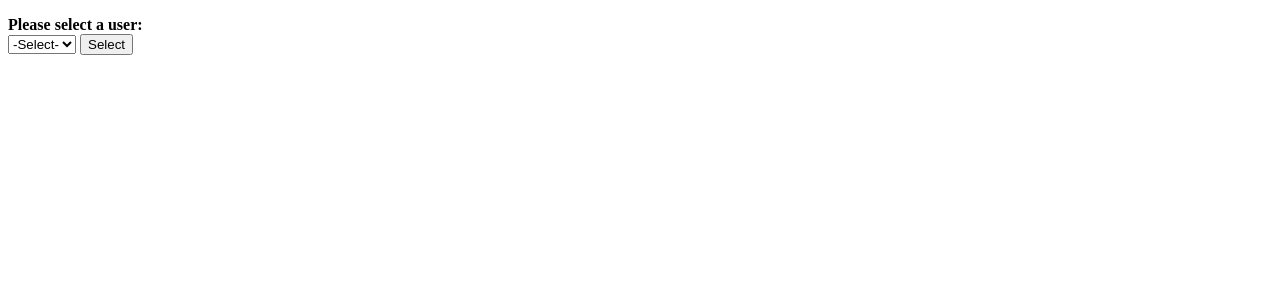
Repository: xeg28/CS-3220-Assignments
Page: http://localhost/Final/SelectUser
The author's editor kept a copy of each file at every save. The page is drawn from the files as they stood at one save, then again after the next save.
The browser window is 1280 px wide. The pictures show the whole page.
The page is served by Tomcat 9. Other server files are loaded and not shown. Queries for data that is not in the repository find no rows.

Above is the page before, as saved 2023-05-17 00:57:16.

### Final/src/main/webapp/WEB-INF/final/SelectUser.jsp
<%@ taglib prefix="c" uri="http://java.sun.com/jsp/jstl/core"%>
<!DOCTYPE html>
<html>
<head>
<meta charset="UTF-8">
<title>Select User</title>
</head>
<body>
	<p> <b>Please select a user:</b>
		<br/>
		<select name="user">
			<option>-Select-</option>
			<c:forEach items="${users}" var="user">
			<option value="${user.id}">${user.name}</option>
			</c:forEach>
		</select>&nbsp;<input name="select" type="submit" value="Select" />
	</p>
</body>
</html>

### Final/src/main/java/cs3220final/servlet/SelectUser.java
package cs3220final.servlet;

import java.io.IOException;
import javax.servlet.ServletException;
import javax.servlet.annotation.WebServlet;
import javax.servlet.http.HttpServlet;
import javax.servlet.http.HttpServletRequest;
import javax.servlet.http.HttpServletResponse;

import cs3220final.dbservice.UserDbService;

/**
 * Servlet implementation class SelectUser
 */
@WebServlet(urlPatterns = "/SelectUser", loadOnStartup = 1)
public class SelectUser extends HttpServlet {
	private static final long serialVersionUID = 1L;

    /**
     * @see HttpServlet#HttpServlet()
     */
    public SelectUser() {
        super();
        // TODO Auto-generated constructor stub
    }

	/**
	 * @see HttpServlet#doGet(HttpServletRequest request, HttpServletResponse response)
	 */
	protected void doGet(HttpServletRequest request, HttpServletResponse response) throws ServletException, IOException {
		// TODO Auto-generated method stub
		UserDbService userDbService = new UserDbService();

		request.setAttribute("users", userDbService.getUsers());
		userDbService.close();
		request.getRequestDispatcher("/WEB-INF/final/SelectUser.jsp")
		.forward(request, response);
	}

	/**
	 * @see HttpServlet#doPost(HttpServletRequest request, HttpServletResponse response)
	 */
	protected void doPost(HttpServletRequest request, HttpServletResponse response) throws ServletException, IOException {
		// TODO Auto-generated method stub
		doGet(request, response);
	}

}

### Final/src/main/java/cs3220final/dbservice/UserDbService.java
package cs3220final.dbservice;

import java.sql.Connection;
import java.sql.DriverManager;
import java.sql.PreparedStatement;
import java.sql.ResultSet;
import java.sql.SQLException;
import java.sql.Statement;
import java.util.ArrayList;
import java.util.List;

import cs3220final.model.User;

public class UserDbService {

    private String url = "jdbc:mysql://cs3.calstatela.edu/cs3220stu18";

    private String username = "cs3220stu18";

    private String password = "We4Mo65Oq7Mf";

    private Connection connection;

    public UserDbService()
    {
        try
        {
            connection = DriverManager.getConnection( url, username, password );
        }
        catch( SQLException e )
        {
            e.printStackTrace();
        }
    }

    public void close()
    {
        if( connection != null )
        {
            try
            {
                connection.close();
            }
            catch( SQLException e )
            {
                e.printStackTrace();
            }
        }
    }

    public List<User> getUsers()
    {
        List<User> users = new ArrayList<User>();

        try
        {
            Statement stmt = connection.createStatement();
            ResultSet rs = stmt.executeQuery( "select * from users" );
            while( rs.next() )
            {
            	User user = new User();
            	user.setId( rs.getInt( "id" ) );
            	user.setName( rs.getString( "name" ) );

            	users.add( user );
            }
            stmt.close();
        }
        catch( SQLException e )
        {
            e.printStackTrace();
        }

        return users;
    }

    public User getUser( int id )
    {
        User user = new User();
        try
        {
            String sql = "select * from users where id = ?";
            PreparedStatement pstmt = connection.prepareStatement( sql );
            pstmt.setInt( 1, id );
            ResultSet rs = pstmt.executeQuery();
            if( rs.next() )
            {
            	user.setId( rs.getInt( "id" ) );
            	user.setName( rs.getString( "name" ) );
            }
            pstmt.close();
        }
        catch( SQLException e )
        {
            e.printStackTrace();
        }
        return user;
    }



}

After the next save:
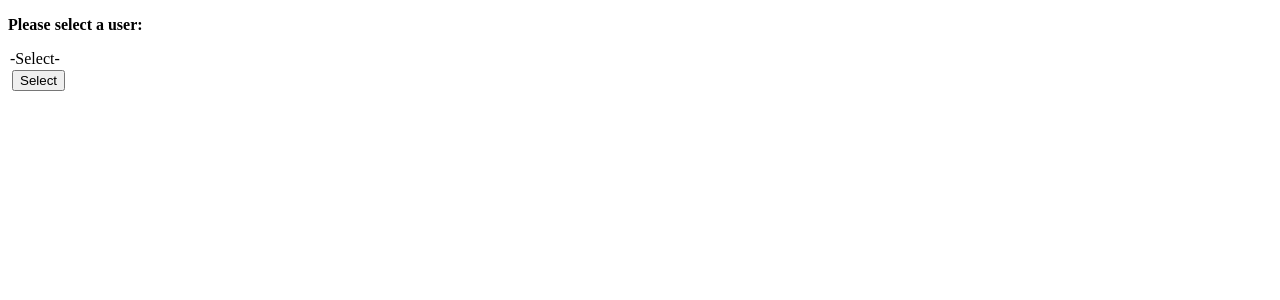
Saved 63 s later.
--- a/Final/src/main/webapp/WEB-INF/final/SelectUser.jsp
+++ b/Final/src/main/webapp/WEB-INF/final/SelectUser.jsp
@@ -8,6 +8,7 @@
 <body>
 	<p> <b>Please select a user:</b>
 		<br/>
+		<form
 		<select name="user">
 			<option>-Select-</option>
 			<c:forEach items="${users}" var="user">
